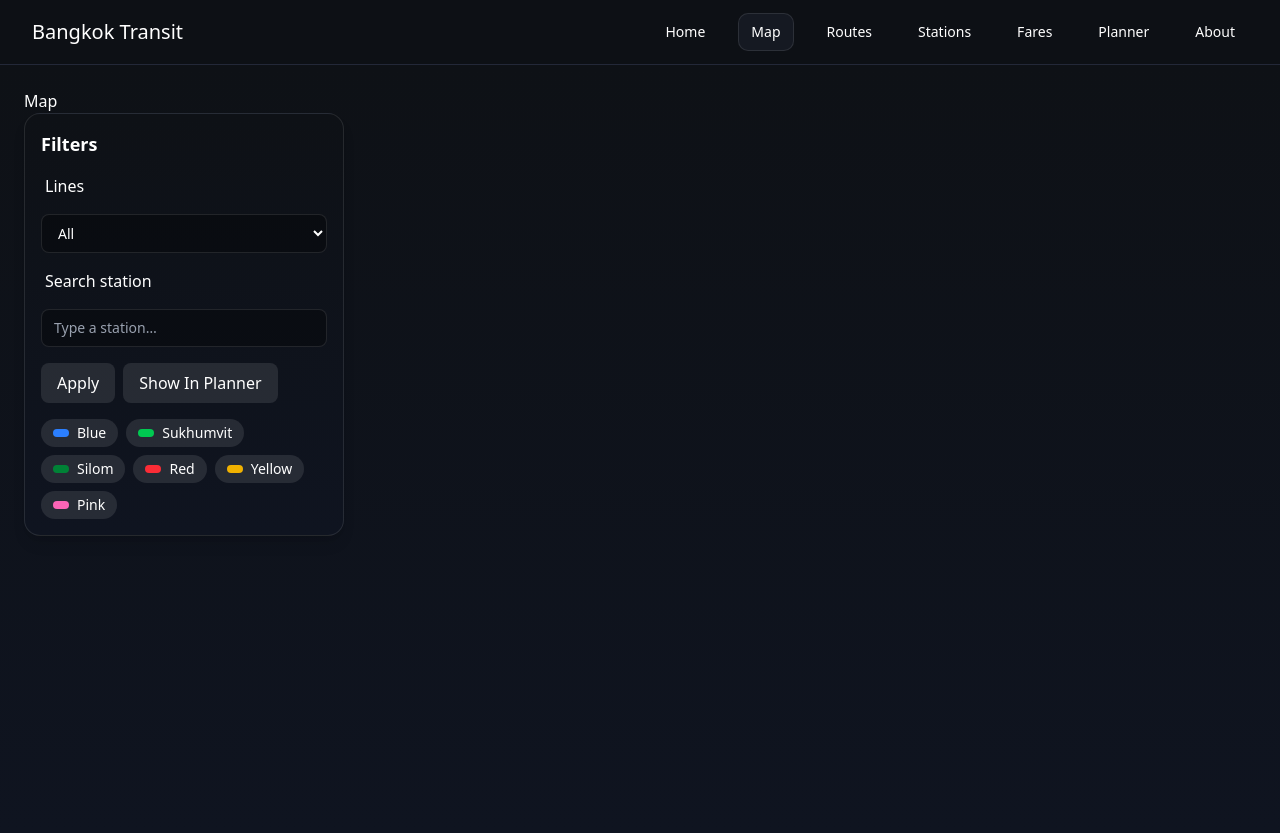
Repository: pyaestk/Bangkok-transit-map
Page: /map
These files come from the project's save history. The page is drawn as it stood at one moment and after the next save; the edit follows.
The browser window is 1280 px wide. The pictures show the whole page.
The project was rebuilt for these pictures with package versions that can differ from the ones it lists, and the page was loaded fresh each time. Also part of the build but not shown: vite.config.ts, src/pages/Home.tsx, src/pages/Planner.tsx, src/pages/Stations.tsx, src/pages/TrainRoutes.tsx, src/pages/Fares.tsx, src/pages/About.tsx.

Above is the page before, as saved 2025-10-04 10:08:24.

### index.html
<!doctype html>
<html lang="en">
  <head>
    <meta charset="UTF-8" />
    <link rel="icon" type="image/svg+xml" href="/vite.svg" />
    <meta name="viewport" content="width=device-width, initial-scale=1.0" />
    <title>bangkok-transit-map</title>
  </head>
  <body>
    <div id="root"></div>
    <script type="module" src="/src/main.tsx"></script>
  </body>
</html>

### src/main.tsx
import { StrictMode } from 'react'
import { createRoot } from 'react-dom/client'
import './index.css'
import App from './App.tsx'
import { BrowserRouter as Router } from 'react-router'

createRoot(document.getElementById('root')!).render(
  <StrictMode>
    <Router>
      <App />
    </Router>
  </StrictMode>,
)

### src/App.tsx
import "./App.css";
import NavBar from "./component/NavBar";
import { Routes, Route } from "react-router-dom";
import Home from "./pages/Home";
import Map from "./pages/Map";
import Planner from "./pages/Planner";
import Stations from "./pages/Stations";
import TrainRoutes from "./pages/TrainRoutes";
import Fares from "./pages/Fares";
import About from "./pages/About";


function App() {
  return (
    <div className="min-h-screen flex flex-col">
      {/* Navbar at the top */}
      <NavBar />

      {/* Main content area */}
      <main className="flex-1 p-6 bg-[linear-gradient(180deg,rgba(14,17,22,1)_0%,rgba(15,20,32,1)_100%)]">
        <Routes>
          <Route
            path="/"
            element={ <Home/> }
          />
          <Route
            path="/map"
            element={ <Map/> }
          />
          <Route
            path="/planner"
            element={ <Planner/>}
          />
          <Route
            path="/routes"
            element={<TrainRoutes/>}
          />
          <Route
            path="/stations"
            element={<Stations/>}
          />
          <Route
            path="/fares"
            element={<Fares/>}
          />
          <Route
            path="/about"
            element={<About/>}
          />
        </Routes>
      </main>
    </div>
  );
}

export default App;

### src/App.css
@import "tailwindcss";

:root {
  background: linear-gradient(180deg, rgba(14,17,22,1) 0%, rgba(15,20,32,1) 100%);
}

### src/component/NavBar.tsx
import { NavLink } from "react-router-dom";
import { useState } from "react";

function NavBar() {
  const [open, setOpen] = useState(false);

  const baseClasses =
    "px-3 py-2 text-sm border border-transparent block text-center";
  const inactiveClasses = "text-white transition-colors";
  const activeClasses = "bg-[#151922] border rounded-[10px] text-white border-white/10";

  const links = [
    { to: "/", label: "Home" },
    { to: "/map", label: "Map" },
    { to: "/routes", label: "Routes" },
    { to: "/stations", label: "Stations" },
    { to: "/fares", label: "Fares" },
    { to: "/planner", label: "Planner" },
    { to: "/about", label: "About" },
  ];

  return (
    <nav className="sticky top-0 z-50 bg-[#0e1116cc] border-b border-[#232838] backdrop-blur-[5px] backdrop-brightness-[100%] [-webkit-backdrop-filter:blur(5px)_brightness(100%)]">
      <div className="max-w-7xl mx-auto px-4 sm:px-6 lg:px-8">
        <div className="flex items-center justify-between h-16">
          {/* Left side (Logo / Brand) */}
          <div className="flex-shrink-0 text-white text-xl">
            Bangkok Transit
          </div>

          {/* Desktop links */}
          <div className="hidden md:flex space-x-5">
            {links.map((l) => (
              <NavLink
                key={l.to}
                to={l.to}
                className={({ isActive }) =>
                  `${baseClasses} ${isActive ? activeClasses : inactiveClasses}`
                }
              >
                {l.label}
              </NavLink>
            ))}
          </div>

          {/* Mobile hamburger button */}
          <div className="md:hidden">
            <button
              aria-label="Toggle menu"
              onClick={() => setOpen((s) => !s)}
              className="inline-flex items-center justify-center p-2 rounded-md text-white hover:bg-white/5 focus:outline-none focus:ring-2 focus:ring-white"
            >
              <span className="sr-only">Open main menu</span>
              {/* Hamburger / X icon */}
              <svg
                className={`h-6 w-6 ${open ? "hidden" : "block"}`}
                xmlns="http://www.w3.org/2000/svg"
                fill="none"
                viewBox="0 0 24 24"
                strokeWidth={2}
                stroke="currentColor"
                aria-hidden="true"
              >
                <path
                  strokeLinecap="round"
                  strokeLinejoin="round"
                  d="M3 6h18M3 12h18M3 18h18"
                />
              </svg>
              <svg
                className={`h-6 w-6 ${open ? "block" : "hidden"}`}
                xmlns="http://www.w3.org/2000/svg"
                fill="none"
                viewBox="0 0 24 24"
                strokeWidth={2}
                stroke="currentColor"
                aria-hidden="true"
              >
                <path
                  strokeLinecap="round"
                  strokeLinejoin="round"
                  d="M6 18L18 6M6 6l12 12"
                />
              </svg>
            </button>
          </div>
        </div>
      </div>

      {/* Mobile menu, shown when open is true */}
      <div className={`md:hidden ${open ? "block" : "hidden"} `}>
        <div className="px-2 pt-2 pb-3 space-y-1">
          {links.map((l) => (
            <NavLink
              key={l.to}
              to={l.to}
              onClick={() => setOpen(false)}
              className={({ isActive }) =>
                `${baseClasses} ${isActive ? activeClasses : inactiveClasses}`
              }
            >
              {l.label}
            </NavLink>
          ))}
        </div>
      </div>
    </nav>
  );
}

export default NavBar;

### src/pages/Map.tsx
import FiltersCard from "../component/FiltersCard";

export default function Map() {
  return (
    <div className="min-h-screen">
      <h1 className="text-white">Map</h1>
      <FiltersCard/>
    </div>
  )
}

### src/component/FiltersCard.tsx
export default function FiltersCard() {
  return (
    <div className="p-4 rounded-2xl bg-[linear-gradient(180deg,rgba(14,17,22,1)_0%,rgba(15,20,32,1)_100%)] border border-white/10 shadow-lg w-80 text-white">
      <h2 className="text-lg font-bold mb-4">Filters</h2>

      {/* Lines */}
      <label className="block my-4 mx-1">Lines</label>
      <select className="w-full px-3 py-2 rounded-lg bg-black/30 border border-white/10 focus:outline-none text-sm">
        <option>All</option>
        <option>Blue</option>
        <option>Red</option>
        <option>Yellow</option>
      </select>

      {/* Search station */}
      <label className="block my-4 mx-1">Search station</label>
      <input
        type="text"
        placeholder="Type a station…"
        className="w-full text-sm px-3 py-2 pr-8 rounded-lg bg-black/30 border border-white/10 placeholder-gray-400 focus:outline-none"
      />

      {/* Buttons */}
      <div className="flex space-x-2 mt-4">
        <button className="px-4 py-2 rounded-lg bg-white/10 hover:bg-white/20">Apply</button>
        <button className="px-4 py-2 rounded-lg bg-white/10 hover:bg-white/20">Show In Planner</button>
      </div>

      {/* Line Pills */}
      <div className="flex flex-wrap gap-2 mt-4 text-sm">
        <span className="flex items-center px-3 py-1 rounded-full bg-white/10">
          <span className="w-4 h-2 rounded-full bg-blue-500 mr-2"></span>
          Blue
        </span>
        <span className="flex items-center px-3 py-1 rounded-full bg-white/10">
          <span className="w-4 h-2 rounded-full bg-green-500 mr-2"></span>
          Sukhumvit
        </span>
        <span className="flex items-center px-3 py-1 rounded-full bg-white/10">
          <span className="w-4 h-2 rounded-full bg-green-700 mr-2"></span>
          Silom
        </span>
        <span className="flex items-center px-3 py-1 rounded-full bg-white/10">
            <span className="w-4 h-2 rounded-full bg-red-500 mr-2"></span> Red
        </span>
        <span className="flex items-center px-3 py-1 rounded-full bg-white/10">
            <span className="w-4 h-2 rounded-full bg-yellow-500 mr-2"></span> Yellow
        </span>
        <span className="flex items-center px-3 py-1 rounded-full bg-white/10">
            <span className="w-4 h-2 rounded-full bg-pink-400 mr-2"></span> Pink
        </span>
      </div>
    </div>
  )
}

Loaded but not shown: src/index.css (common file)

After the next save:
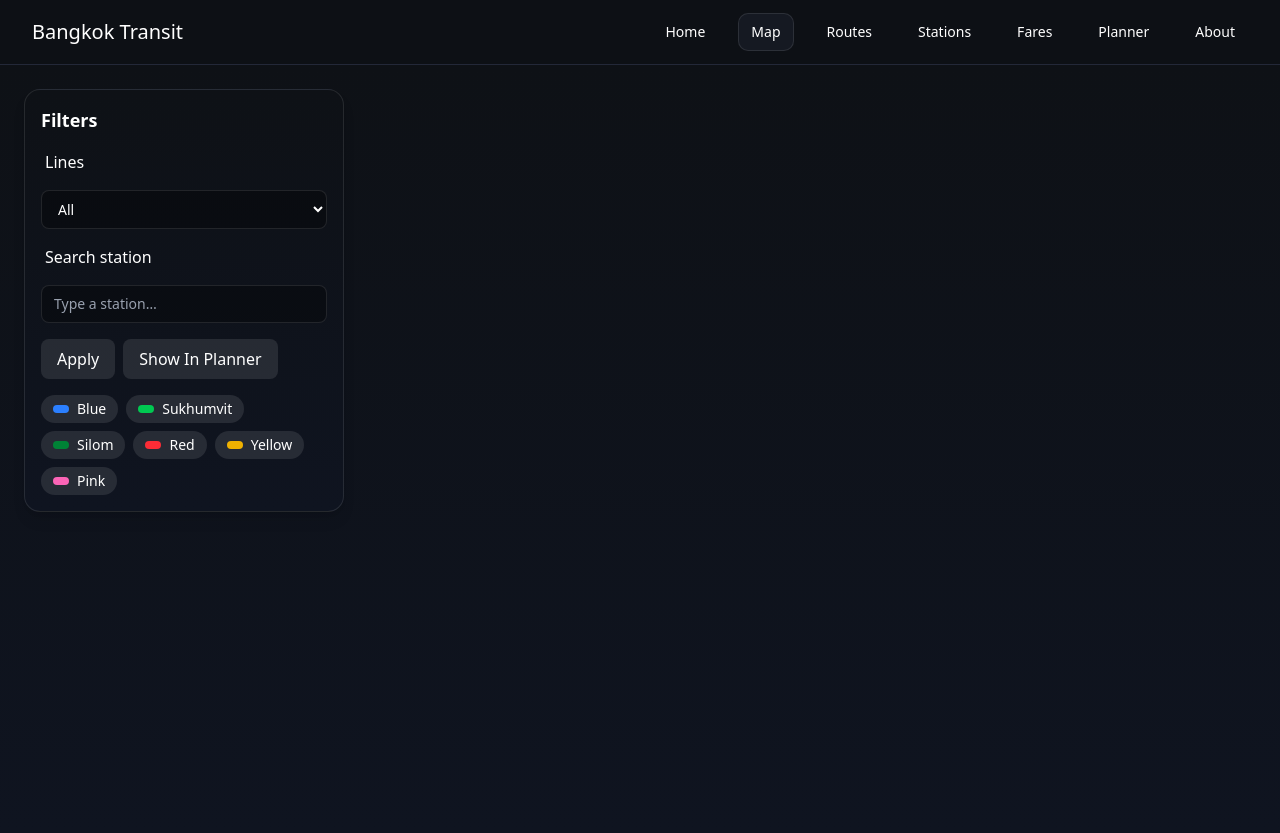
Saved 23 s later.
--- a/src/pages/Map.tsx
+++ b/src/pages/Map.tsx
@@ -3,7 +3,6 @@ import FiltersCard from "../component/FiltersCard";
 export default function Map() {
   return (
     <div className="min-h-screen">
-      <h1 className="text-white">Map</h1>
       <FiltersCard/>
     </div>
   )
